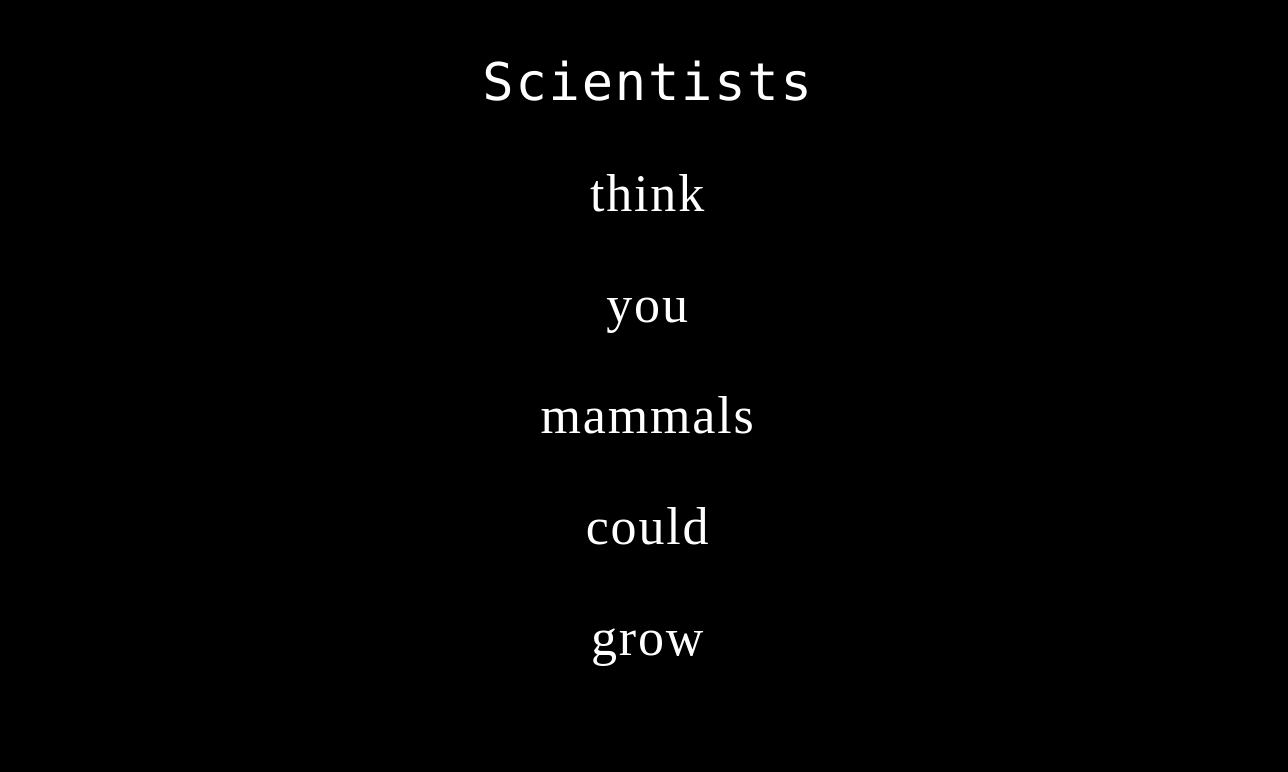
Repository: bibariba/biba_poem
Page: index.dissappears.html
The author's editor kept a record of every edit. The page is drawn from the files as they stood at one moment, then again after the next edit.
The browser window is 1280 px wide. The page is 1288 px wide, so the pictures cover 1288 px, including what lies to the right of the window. The pictures show the whole page.
Some web libraries are served in a nearby version.

Above is the page before.
Console error: ReferenceError: showTime is not defined

After the next edit:
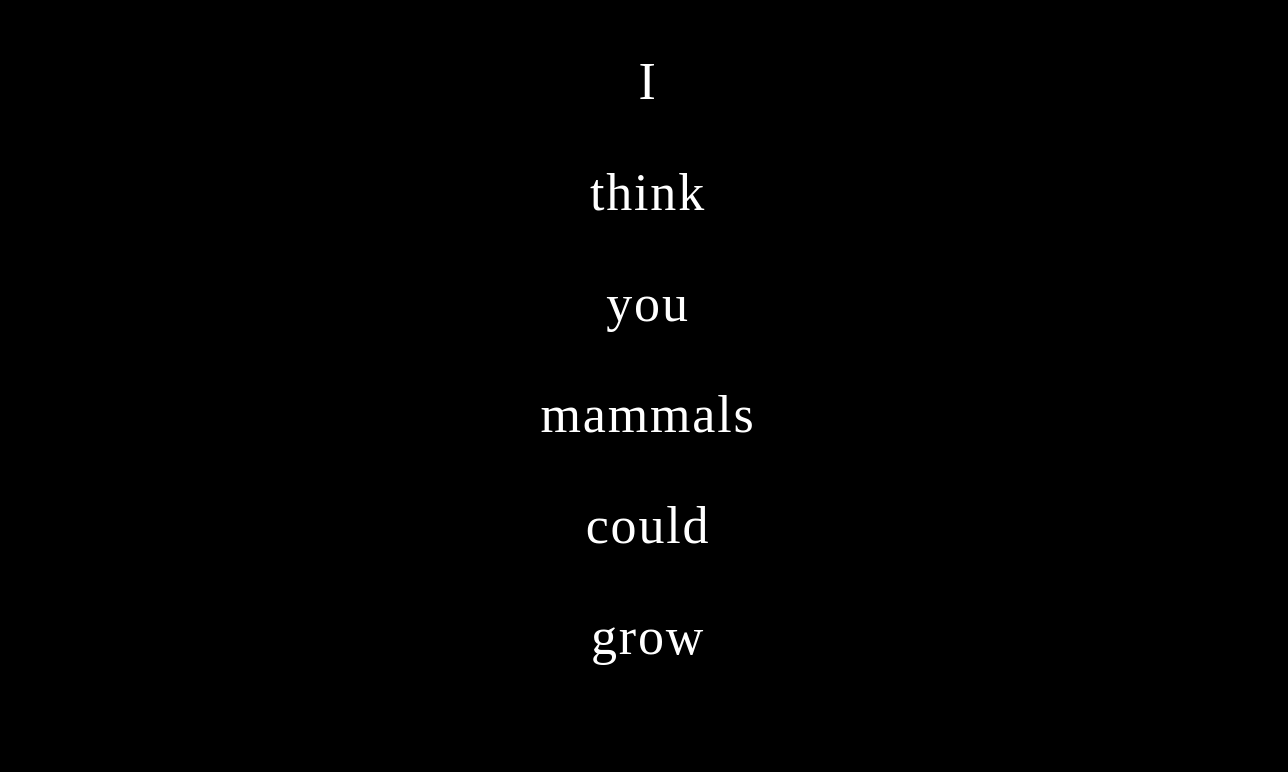
The edit:
--- a/index.dissappears.html
+++ b/index.dissappears.html
@@ -286,7 +286,7 @@
          var randomnumber = Math.floor(Math.random() * years.length);
          var randomfontindex = Math.floor(Math.random() * fonts.length);
          //console.log(years[randomnumber]);
-         $('#years').html(years[randomnumber]).css("font-family", fonts[randomfontindex]);
+
 
          }
         showTime();
